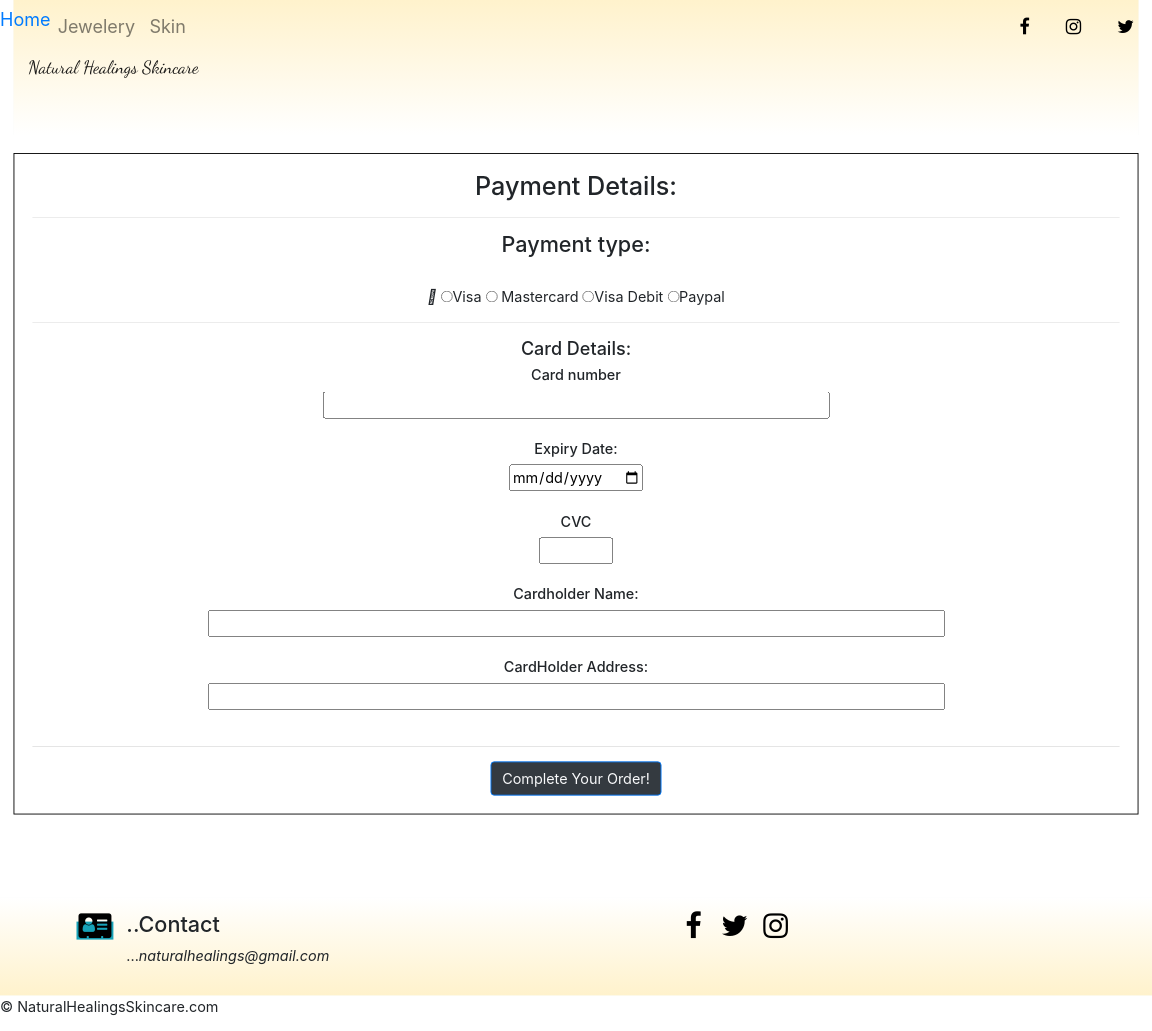
Repository: aliciarawlings/first-milestone
Page: form2.html
The author's editor kept a record of every edit. The page is drawn from the files as they stood at one moment, then again after the next edit.
The browser window is 1280 px wide. The pictures show the whole page, at 90% of full size.
Some web fonts or font styles are not loaded; a fallback is used.

Above is the page before.

### form2.html
<!DOCTYPE html>
<html lang="en">
<head>
    <meta charset="UTF-8">
    <meta name="viewport" content="width=device-width, initial-scale=1.0">
    <meta http-equiv="X-UA-Compatible" content="ie=edge">
    <link href="https://fonts.googleapis.com/css?family=Source+Serif+Pro&display=swap" rel="stylesheet">
    <link href="https://fonts.googleapis.com/css?family=Dancing+Script&display=swap" rel="stylesheet">
    <script src="https://code.jquery.com/jquery-3.3.1.slim.min.js" integrity="sha384-q8i/X+965DzO0rT7abK41JStQIAqVgRVzpbzo5smXKp4YfRvH+8abtTE1Pi6jizo" crossorigin="anonymous"></script>
    <script src="https://cdnjs.cloudflare.com/ajax/libs/popper.js/1.14.7/umd/popper.min.js" integrity="sha384-UO2eT0CpHqdSJQ6hJty5KVphtPhzWj9WO1clHTMGa3JDZwrnQq4sF86dIHNDz0W1" crossorigin="anonymous"></script>
    <script src="https://stackpath.bootstrapcdn.com/bootstrap/4.3.1/js/bootstrap.min.js" integrity="sha384-JjSmVgyd0p3pXB1rRibZUAYoIIy6OrQ6VrjIEaFf/nJGzIxFDsf4x0xIM+B07jRM" crossorigin="anonymous"></script>
    <link rel="stylesheet" href="assets/css/main.css" type="text/css" />
    <link rel="stylesheet" href="https://stackpath.bootstrapcdn.com/bootstrap/4.3.1/css/bootstrap.min.css" type="text/css" />
    <link rel="stylesheet" href="https://stackpath.bootstrapcdn.com/font-awesome/4.7.0/css/font-awesome.min.css" type="text/css" />
    <title>Payment Details</title>

</head>
<body>
  <div class="container-fluid">
    <!-------NAVBAR------->
  <nav class="navbar navbar-expand-lg navbar-light bg-light grad navfont">
    <a class="navbar-brand heading  d-none d-sm-block" href="index.html">Natural Healings Skincare</a>
    <button class="navbar-toggler collapsed" type="button" data-toggle="collapse" data-target="#navbarNav" aria-controls="navbarNav" aria-expanded="false" aria-label="Toggle navigation">
      <span class="navbar-toggler-icon"></span>
    </button>
    <div class="collapse navbar-collapse fixed-top" id="navbarNav">
      <ul class="navbar-nav">
        <li class="nav-item">
          <a class="nav-brand"  href="index.html">Home</a>
        </li>
        <li class="nav-item">
          <a class="nav-link"  href="jewelery.html">Jewelery</a>
        </li>
        <li class="nav-item">
          <a class="nav-link"  href="skincare.html">Skin</a>

        </li>
      </ul>
       <div class="container-fluid d-none d-sm-block">
        <div class="row">
          <div class="col">
        </div>
     <a class="fa fa-facebook social" href="https://www.facebook.com/naturalbeautyroomgorey/" target="_blank"></a>
     <i class="fa fa-instagram social "></i>
     <i class="fa fa-twitter social"></i>
     </div>
    </div>
  </nav>
<!-------NAVBAR-END----->
<!---
  <div class="jumbotron-text-center jumbotron bg-dark">
    <h1 class="heading1"> Natural Healings Skincare</h1>
    <p class="heading1">Mother Nature by us </p>
    -

  --->
  <div class="form">



  <form>



      <h3>Payment Details:</h3>
      <hr>

      <h4>Payment type:</h4><br>
      <i class="fab fa-cc-visa"></i>

      <input type="radio"  name="payment" value="Visa" class="radio">Visa</a>
      <input type="radio" name="payment" Value"Mastercard" class="radio"> Mastercard
      <input type="radio" name="payment" Value="Visa Debit" class="radio">Visa Debit
      <input type="radio" name="payment" value="paypal" class="radio">Paypal

      <hr>


      <h5 id="carddetails">Card Details:</h5>
      <form>

        <h6>Card number </h6>
        <input type="text" name="cardnumber" size="50"><br>
        <br>

        <h6>Expiry Date:</h6>
        <input type="date" name="date"><br>
        <br>

        <h6>CVC</h6>
        <input type="text" name="cvc" size="3"><br>
        <br>

        <h6>Cardholder Name:</h6>
        <input type="text" name="name" size="75"><br>
        <br>
        <h6>CardHolder Address:</h6>
        <input type="text" name="address" size="75"><br>
        <br>
        <hr>



      </form>

       <a href="thankyou.html" class="btn btn-primary text-light bg-dark">Complete Your Order!</a>






      </div>

      </div>
      </div>



    </div>
    </form>
    <br>
    <br>
    <br>

</body>

<!--footer-->

<footer>
     <div class="container-fluid bg-light py-3 grad2 ">
    <div class="container">
      <div class="row">
        <div class="col-md-7">
            <div class="row py-0">
          <div class="col-sm-1 hidden-md-down">
              <a class="bg-circle bg-info" href="#">
                <i class="fa fa-2x fa-fw fa-address-card" style=color:black; aria-hidden="true "></i>
              </a>
            </div>
            <div class="col-sm-11 ">
                <div><h4>..Contact</h4>
                    <p>...<em>naturalhealings@gmail.com </em></p>
                </div>
            </div>
            </div>
        </div>
        <div class="col-md-5">
          <div class="d-inline-block">
            <div class="bg-circle-outline d-inline-block">
              <a href="https://www.facebook.com/NaturalHealingsSkincare/"><i class="fa fa-2x fa-fw fa-facebook "style=color:black;></i>
		</a>
            </div>
            <div class="bg-circle-outline d-inline-block" >
              <a href="https://twitter.com/">
                <i class="fa fa-2x fa-fw fa-twitter"style=color:black;></i></a>
            </div>

            <div class="bg-circle-outline d-inline-block">
              <a href="https://www.instagram.com/natural.healings.skincare/">
                <i class="fa fa-2x fa-fw fa-instagram"style=color:black;></i></a>
            </div>

            </div>
          </div>
        </div>
      </div>
    </div>
    </div>

            <p>&copy;
              NaturalHealingsSkincare.com

            </p>

</footer>





 <link rel="stylesheet" href="https://stackpath.bootstrapcdn.com/font-awesome/4.7.0/css/font-awesome.min.css" type="text/css" />


</html>

### assets/css/main.css


/*--header+nav--*/

.bg-img {
    background:url("../images/mainlogo.png");
    min-height:700px;
    background-position: center;
    background-repeat:no-repeat;
    background-size:cover;
    position:relative;
    background-attachment:initial;
    background-size:100%;

}

.grad{
  height:150px;
  background-image:linear-gradient(#fff2cc,white);
}

.grad2{
   background-image:linear-gradient(white,#fff2cc);
}


.navfont{
  font-size:20px;
  color:black;
  text-decoration: none;
}



.social{
  color:black;
  padding:20px;

}


.social:hover{
  color:purple;
  text-decoration: none;
}





.heading{
  size:60px;
  font-family: 'Dancing Script', cursive;
  color:#996515	;

}





/*--product-display--*/

.cards{
  text-align: center;
  box-shadow: 0px 2px 4px 0px rgba(0,0,0,0.5);
  width:100%;


}


.card {
        margin: 0 auto;
        float: none;
        margin-bottom: 10px;
}



.form {
  text-align:center;
  border:solid 1px black;
  margin:20px 0;
  padding:20px;

}

img:hover {
  filter:opacity(30%);
}


.icon {
  position:fixed;
}

After the next edit:
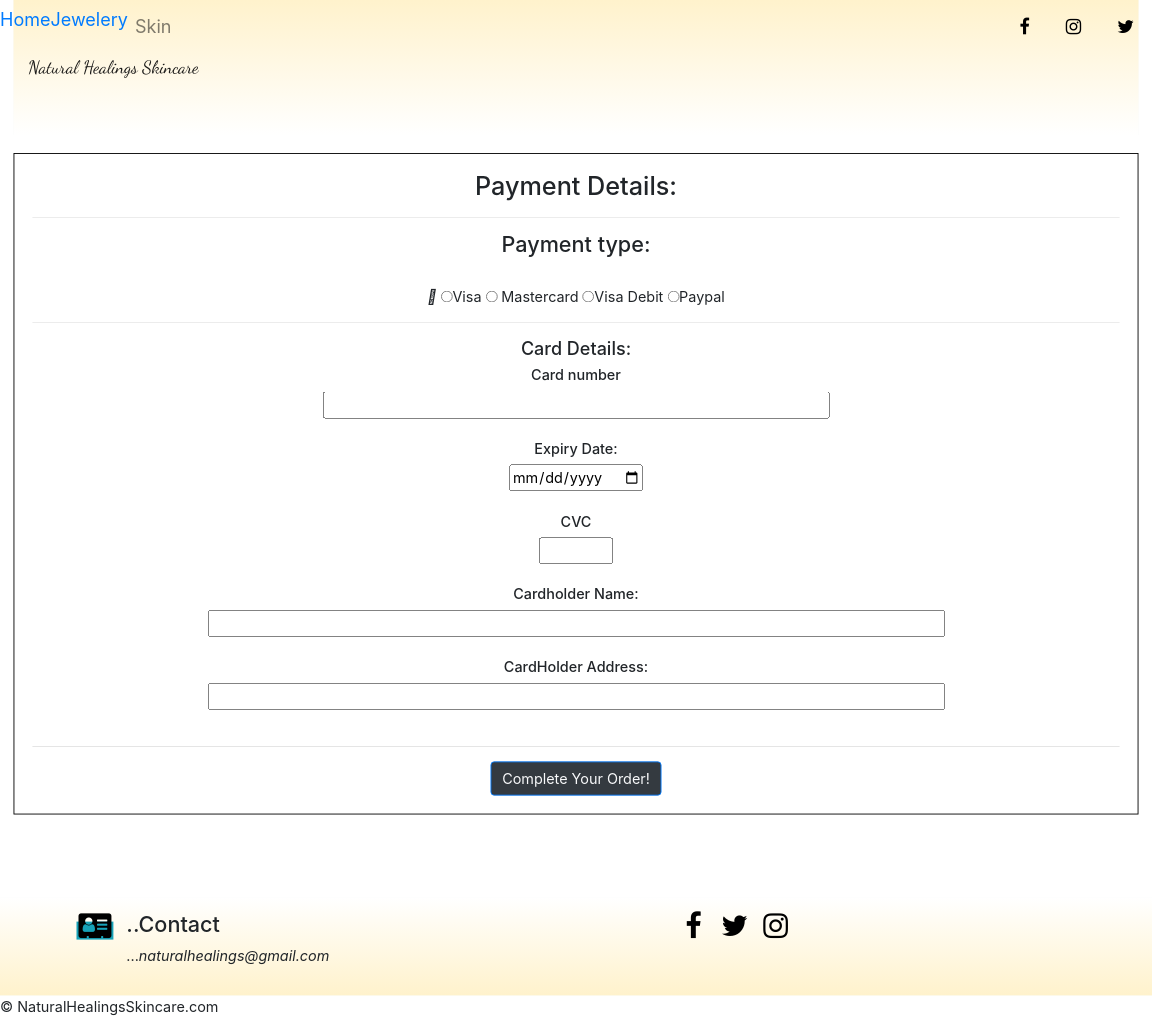
The edit:
--- a/form2.html
+++ b/form2.html
@@ -29,7 +29,7 @@
           <a class="nav-brand"  href="index.html">Home</a>
         </li>
         <li class="nav-item">
-          <a class="nav-link"  href="jewelery.html">Jewelery</a>
+          <a class="nav-brand"  href="jewelery.html">Jewelery</a>
         </li>
         <li class="nav-item">
           <a class="nav-link"  href="skincare.html">Skin</a>
